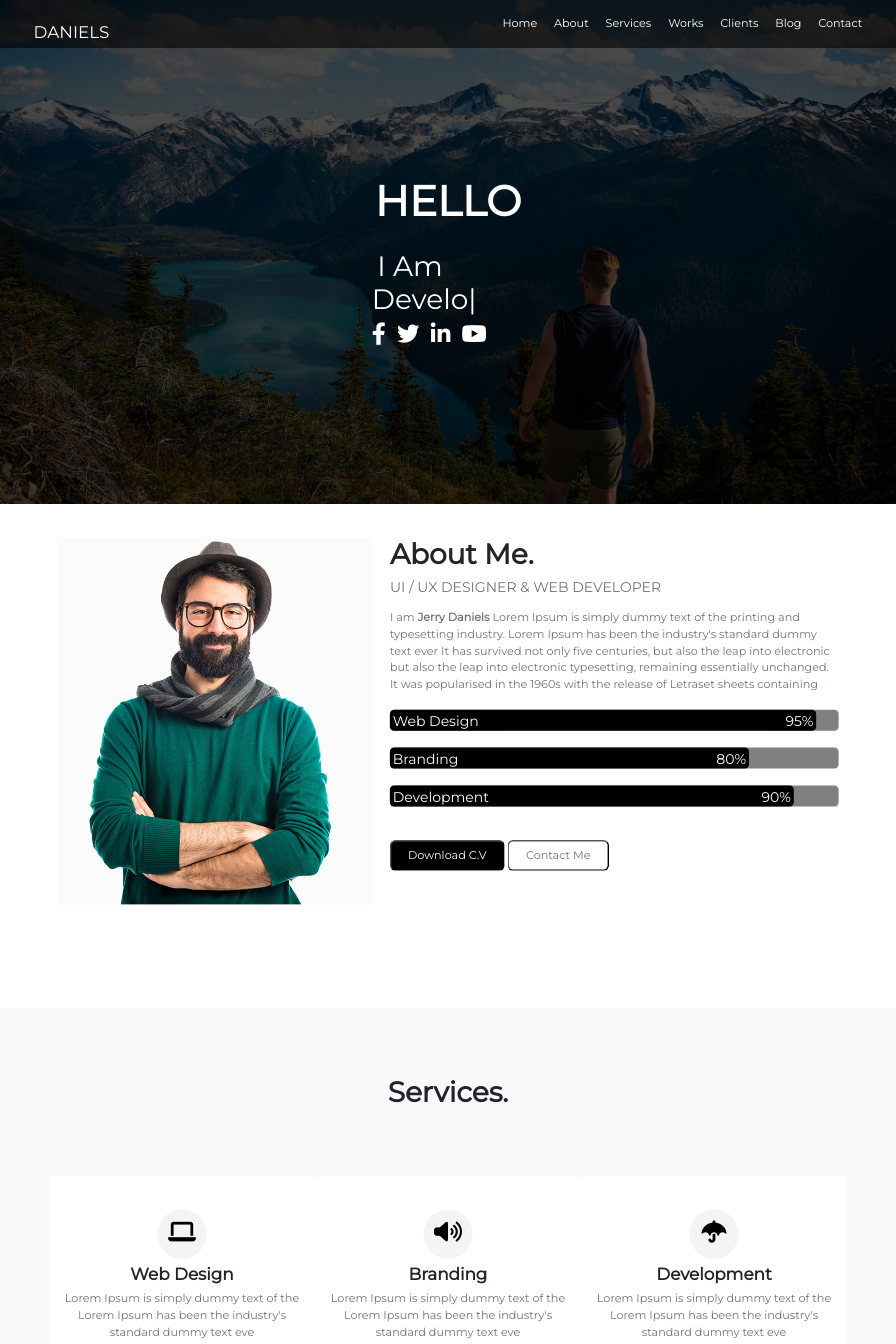
Repository: Souldeer0020/daniels-portofolio
Page: index.html
An editor plug-in stored every save of this project. The page is shown before and after a run of saves, followed by the edit.
The browser window is 1280 px wide. The pictures show the part of the page from y = 0 to 1920 px (the page is 5468 px tall), at 70% of full size.

Above is the page before, as saved 2024-07-14 00:02:39.

After the next 2 saves:
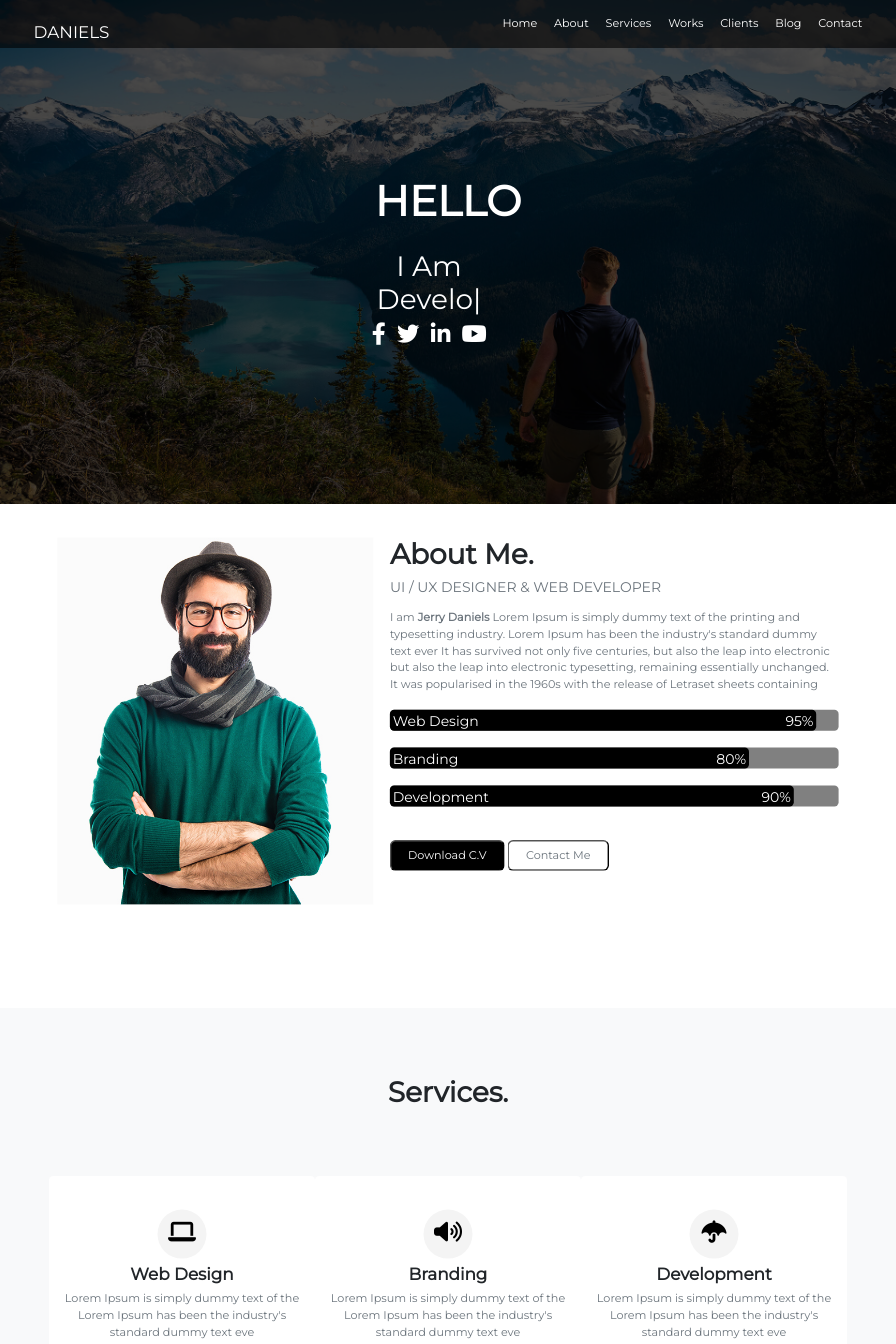
The 2 saves are shown as one change because they came seconds apart.
The last was saved 14 s later.
--- a/index.html
+++ b/index.html
@@ -23,7 +23,7 @@
             </nav>
             <div class="content  text-center d-flex flex-column">
                 <h1 class="py-md-4">HELLO</h1>
-                <h2 class="w-50">I Am</h2>
+                <h2 class="w-75">I Am</h2>
                 <div class="icons d-flex">
                     <a class="me-3" href=""><i class=" fa-brands fa-facebook-f icon text-center d-flex justify-content-center align-items-center fs-2"></i></a>
                     <a class="me-3" href=""><i class=" fa-brands fa-twitter icon text-center d-flex justify-content-center align-items-center fs-2"></i></a>
